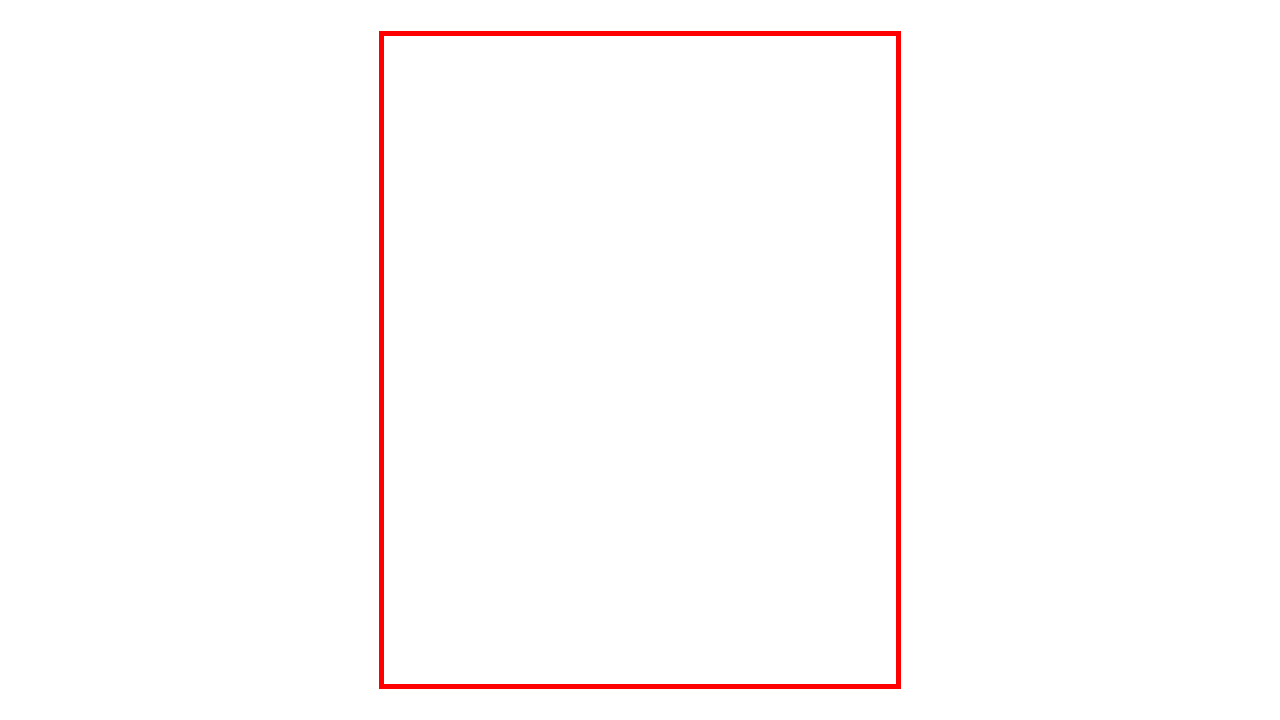
Repository: kocokoy/TOP-tic-tac-toe
Page: index.html
These files come from the project's save history. The page is drawn as it stood at one moment and after the next save; the edit follows.
The browser window is 1280 px wide. The pictures show the whole page.

Above is the page before, as saved 2024-11-11 10:02:58.

### index.html
<!DOCTYPE html>
<html lang="en">
<head>
  <meta charset="UTF-8">
  <meta name="viewport" content="width=device-width, initial-scale=1.0">
  <link rel="stylesheet" href="/styles/style.css">
  <title>Document</title>
</head>
<body>
 <div class='container'>
  <div class="gameboard">

  </div>
 </div>
<script src="/javascripts/scripts.js"></script>
</body>
</html>

### styles/style.css
body{
  padding: 0;
  margin: 0;
  height: 100vh;
  font-family: Arial, Helvetica, sans-serif;
}
.container{
  height:100%;
  display: flex;
  justify-content: center;
  align-items: center;
}
.gameboard{
  display: grid;
  grid-template-columns: 1fr 1fr 1fr;
  justify-items: center;
  align-items: center;
  border: 5px solid red;
  width: 40%;
  height: 90%;
}
.gameboard div{
  border: 1px solid red;
  height: 193px;
  width: 180px;
  cursor: pointer;
  color: tomato;
  display: flex;
  justify-content: center;
  align-items: center;
  font-size: 100px;
}

### javascripts/scripts.js
const gameBoardElement = document.querySelector('.gameboard');

const gameBoard = {
  gameBoard : Array(9).fill(null)
}
const players = {
  player1: 'X',
  player2: 'O',
}



startGame();

function startGame(){
  createGameBoard();
  gameBoardBoxClicked();
}

function createGameBoard(){
  for(let i = 0; i < gameBoard.length; i++){
    const div = document.createElement('div');
    div.setAttribute('data-id',i);
    gameBoardElement.appendChild(div);
  }
}

function gameBoardBoxClicked(){
  let playing = '';
  let turn = false;
  let boxClicked = null;
  gameBoardElement.addEventListener('click', (e) => {
    boxClicked = e.target;

      if(checkButtonIsClicked(boxClicked)){
        return;
      }

      if (turn) {
        playing = players.player2;
        turn = false;
      } else {
        playing = players.player1;
        turn = true;
      }

  boxClicked.textContent = playing;
  boxClicked.setAttribute('data-clicked', 'true');
  updateGameBoardArray(boxClicked,playing);
});
}

function checkButtonIsClicked(boxClicked){
  if (boxClicked.getAttribute('data-clicked') === 'true') {
    return true;
    }
}

function updateGameBoardArray(box,playing){
  const id = box.getAttribute("data-id");
  gameBoard.gameBoard[id] = playing;
  const winner = checkWinner(gameBoard.gameBoard);
  const draw = checkForDraw(gameBoard.gameBoard);

  if(winner){
    alert(`${winner} Wins`);
    return;
  }

  if(draw){
    alert(`draw`);
    return;
  }

}


function checkWinner(gameBoard){
  const winningMoves = [
    [0,1,2],
    [3,4,5],
    [6,7,8],
    [0,3,6],
    [1,4,7],
    [2,5,8],
    [0,4,8],
    [2,4,6]
  ]

  for(let winMove of winningMoves){
    const[a, b ,c] = winMove;
    if(gameBoard[a] && gameBoard[c] === gameBoard[b] && gameBoard[a] === gameBoard[c]){
      return gameBoard[a];
    }
  }
    return null;


}

function displayResult(result){
  if(result.every(i => i != null) ){
    console.log()
  }
}

function checkForDraw(result){
 return result.every(i => i != null);
}

After the next save:
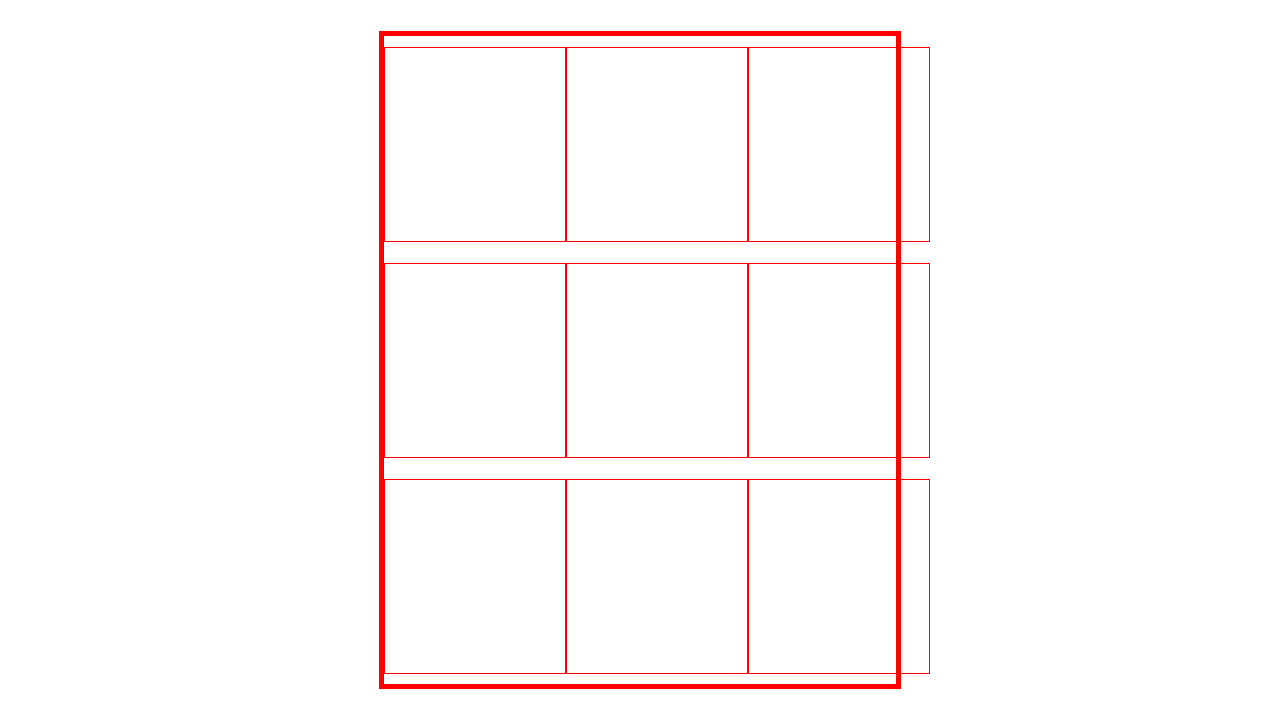
Saved 45 s later.
--- a/javascripts/scripts.js
+++ b/javascripts/scripts.js
@@ -18,7 +18,7 @@ function startGame(){
 }
 
 function createGameBoard(){
-  for(let i = 0; i < gameBoard.length; i++){
+  for(let i = 0; i < gameBoard.gameBoard.length; i++){
     const div = document.createElement('div');
     div.setAttribute('data-id',i);
     gameBoardElement.appendChild(div);
